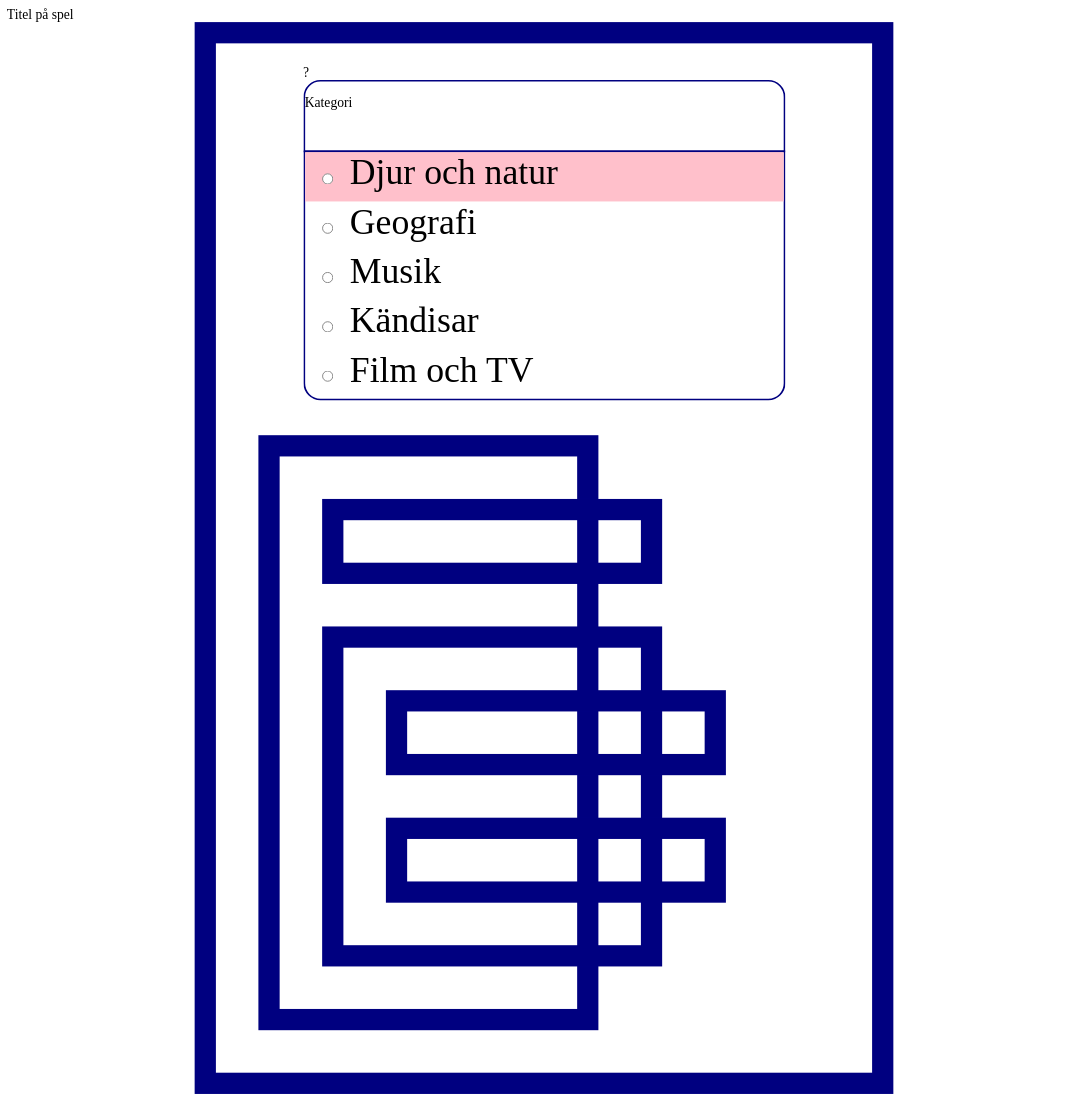
Repository: ed222gg/project2
Page: pages/start.html
The author's editor kept a record of every edit. The page is drawn from the files as they stood at one moment, then again after the next edit.
The browser window is 1280 px wide. The pictures show the whole page, at 85% of full size.

Above is the page before.

After the next edit:
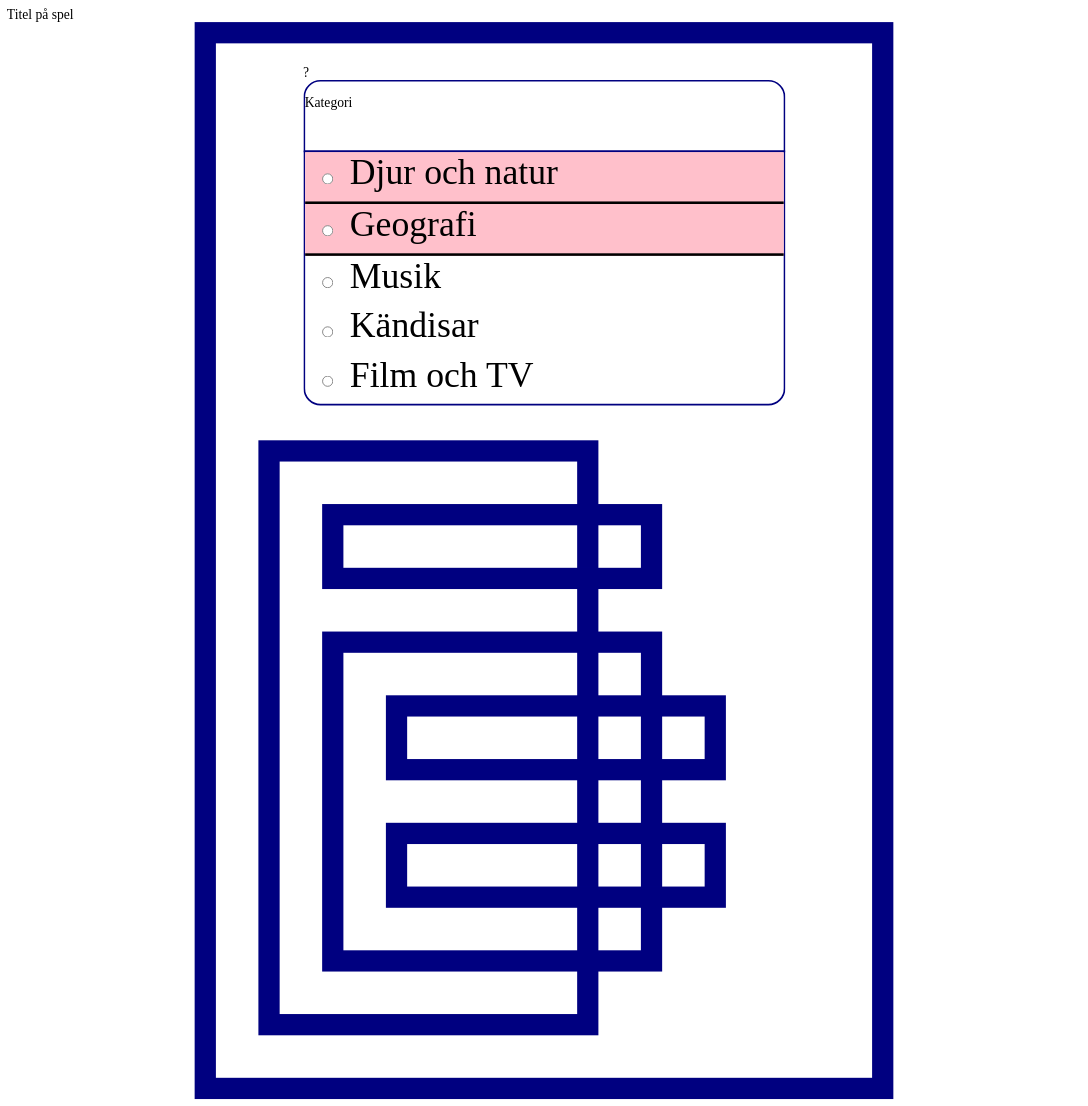
The edit:
--- a/css/style.css
+++ b/css/style.css
@@ -96,4 +96,11 @@
 
  }
 
-#li0{background-color:pink;}
+#li0{
+background-color:pink;
+border-bottom-style: solid;
+}
+#li1{
+background-color:pink;
+border-bottom-style: solid;
+}
